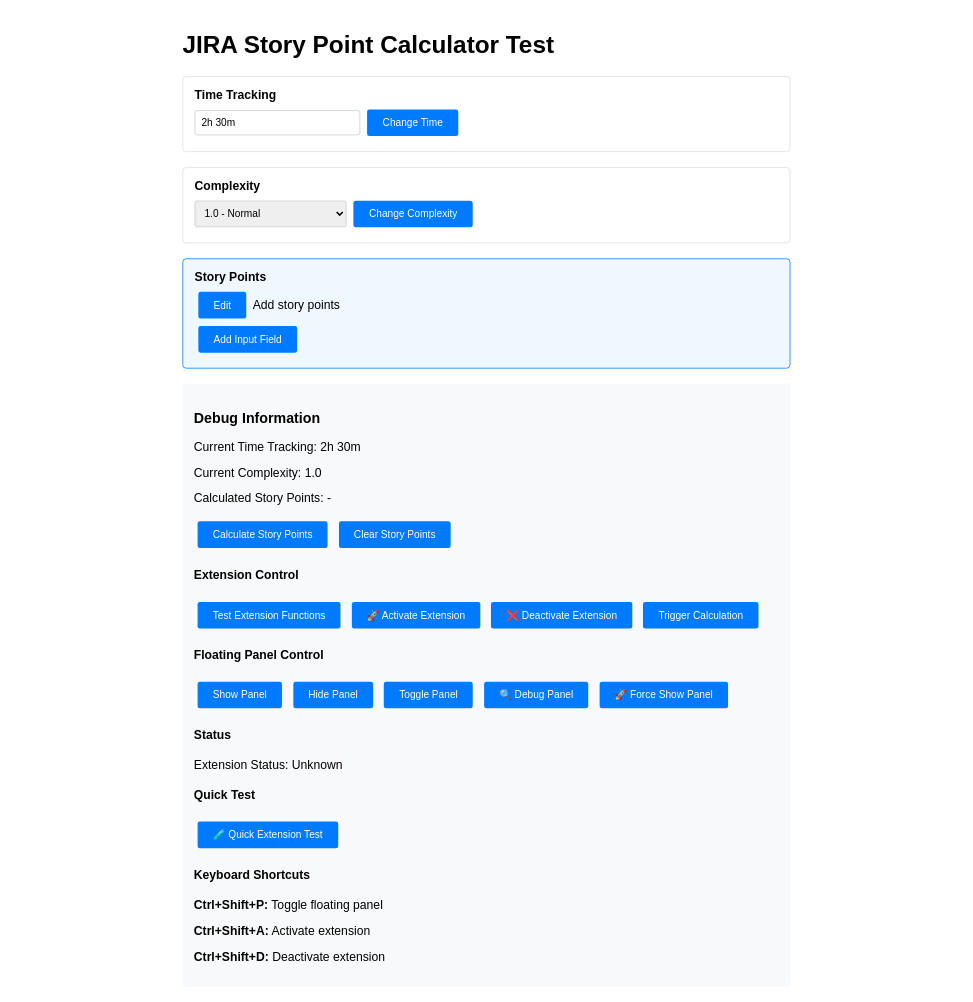
Repository: nirazanbasnet/jira-story-point-calculator
Page: test.html
These files come from the project's save history. The page is drawn as it stood at one moment and after the next save; the edit follows.
The browser window is 1280 px wide. The pictures show the whole page, at 76% of full size.

Above is the page before, as saved 2025-09-01 19:45:51.

### test.html
<!DOCTYPE html>
<html lang="en">

<head>
    <meta charset="UTF-8">
    <meta name="viewport" content="width=device-width, initial-scale=1.0">
    <title>JIRA Story Point Calculator Test</title>
    <style>
        body {
            font-family: Arial, sans-serif;
            max-width: 800px;
            margin: 0 auto;
            padding: 20px;
        }

        .field-group {
            margin: 20px 0;
            padding: 15px;
            border: 1px solid #ddd;
            border-radius: 5px;
        }

        .field-label {
            font-weight: bold;
            margin-bottom: 5px;
        }

        input,
        select {
            padding: 8px;
            border: 1px solid #ccc;
            border-radius: 3px;
            width: 200px;
        }

        .story-point-field {
            background-color: #f0f8ff;
            border-color: #007bff;
        }

        .debug-info {
            background-color: #f8f9fa;
            padding: 15px;
            border-radius: 5px;
            margin-top: 20px;
        }

        button {
            background-color: #007bff;
            color: white;
            padding: 10px 20px;
            border: none;
            border-radius: 3px;
            cursor: pointer;
            margin: 5px;
        }

        button:hover {
            background-color: #0056b3;
        }
    </style>
</head>

<body>
    <h1>JIRA Story Point Calculator Test</h1>

    <div class="field-group">
        <div class="field-label">Time Tracking</div>
        <input type="text" id="time-tracking" name="time-tracking" placeholder="e.g., 2h 30m" value="2h 30m">
        <button onclick="changeTimeTracking()">Change Time</button>
    </div>

    <div class="field-group">
        <div class="field-label">Complexity</div>
        <select id="complexity" name="complexity">
            <option value="0.1">0.1 - Very Simple</option>
            <option value="0.2">0.2 - Simple</option>
            <option value="0.3">0.3 - Basic</option>
            <option value="0.6">0.6 - Standard</option>
            <option value="1" selected>1.0 - Normal</option>
            <option value="1.5">1.5 - Complex</option>
            <option value="2">2.0 - Very Complex</option>
        </select>
        <button onclick="changeComplexity()">Change Complexity</button>
    </div>

    <div class="field-group story-point-field">
        <div class="field-label">Story Points</div>
        <div data-testid="issue-field-number.ui.issue-field-story-point-estimate--container">
            <div data-testid="issue-field-inline-edit-read-view-container.ui.container" role="presentation">
                <button aria-label="Edit Story Points" type="button">Edit</button>
                <span data-testid="issue-field-story-point-estimate-readview-full.ui.story-point-estimate">
                    <span>Add story points</span>
                </span>
            </div>
        </div>
        <button onclick="addInputField()">Add Input Field</button>
    </div>

    <div class="debug-info">
        <h3>Debug Information</h3>
        <p>Current Time Tracking: <span id="current-time">2h 30m</span></p>
        <p>Current Complexity: <span id="current-complexity">1.0</span></p>
        <p>Calculated Story Points: <span id="calculated-points">-</span></p>
        <button onclick="calculateStoryPoints()">Calculate Story Points</button>
        <button onclick="clearStoryPoints()">Clear Story Points</button>

        <h4>Extension Control</h4>
        <button onclick="testExtensionFunctions()">Test Extension Functions</button>
        <button onclick="activateExtension()">🚀 Activate Extension</button>
        <button onclick="deactivateExtension()">❌ Deactivate Extension</button>
        <button onclick="triggerCalculation()">Trigger Calculation</button>

        <h4>Floating Panel Control</h4>
        <button onclick="showPanel()">Show Panel</button>
        <button onclick="hidePanel()">Hide Panel</button>
        <button onclick="togglePanel()">Toggle Panel</button>
        <button onclick="debugPanel()">🔍 Debug Panel</button>
        <button onclick="forceShowPanel()">🚀 Force Show Panel</button>

        <h4>Status</h4>
        <p id="extension-status">Extension Status: Unknown</p>

        <h4>Quick Test</h4>
        <button onclick="quickTest()">🧪 Quick Extension Test</button>
        <div id="quick-test-results"
            style="margin-top: 10px; padding: 10px; background: #f8f9fa; border-radius: 5px; display: none;">
            <h5>Test Results:</h5>
            <div id="test-results-content"></div>
        </div>

        <h4>Keyboard Shortcuts</h4>
        <p><strong>Ctrl+Shift+P:</strong> Toggle floating panel</p>
        <p><strong>Ctrl+Shift+A:</strong> Activate extension</p>
        <p><strong>Ctrl+Shift+D:</strong> Deactivate extension</p>
    </div>

    <script>
        function changeTimeTracking() {
            const timeInput = document.getElementById('time-tracking');
            const times = ['1h', '45m', '2h 15m', '3h 30m', '1.5h'];
            const randomTime = times[Math.floor(Math.random() * times.length)];
            timeInput.value = randomTime;
            timeInput.dispatchEvent(new Event('input', { bubbles: true }));
            timeInput.dispatchEvent(new Event('change', { bubbles: true }));
            document.getElementById('current-time').textContent = randomTime;
        }

        function changeComplexity() {
            const complexitySelect = document.getElementById('complexity');
            const complexities = [0.1, 0.2, 0.3, 0.6, 1, 1.5, 2];
            const randomComplexity = complexities[Math.floor(Math.random() * complexities.length)];
            complexitySelect.value = randomComplexity;
            complexitySelect.dispatchEvent(new Event('change', { bubbles: true }));
            document.getElementById('current-complexity').textContent = randomComplexity;
        }

        function addInputField() {
            const container = document.querySelector('[data-testid="issue-field-number.ui.issue-field-story-point-estimate--container"]');
            const existingInput = container.querySelector('input');

            if (!existingInput) {
                const input = document.createElement('input');
                input.type = 'number';
                input.step = '0.1';
                input.placeholder = 'Story points';
                input.style.width = '100px';
                input.style.marginLeft = '10px';
                container.appendChild(input);
            }
        }

        function calculateStoryPoints() {
            const timeTracking = document.getElementById('time-tracking').value;
            const complexity = parseFloat(document.getElementById('complexity').value);

            // Simple time parsing for demo
            let hours = 0;
            if (timeTracking.includes('h')) {
                if (timeTracking.includes('m')) {
                    const parts = timeTracking.split(' ');
                    hours = parseFloat(parts[0]) + (parseFloat(parts[1]) / 60);
                } else {
                    hours = parseFloat(timeTracking);
                }
            } else if (timeTracking.includes('m')) {
                hours = parseFloat(timeTracking) / 60;
            } else {
                hours = parseFloat(timeTracking);
            }

            const storyPoints = Math.round((hours * complexity) * 100) / 100;
            document.getElementById('calculated-points').textContent = storyPoints;

            // Update the story point field if it exists
            const input = document.querySelector('[data-testid="issue-field-number.ui.issue-field-story-point-estimate--container"] input');
            if (input) {
                input.value = storyPoints;
                input.dispatchEvent(new Event('input', { bubbles: true }));
                input.dispatchEvent(new Event('change', { bubbles: true }));
            }
        }

        function clearStoryPoints() {
            document.getElementById('calculated-points').textContent = '-';
            const input = document.querySelector('[data-testid="issue-field-number.ui.issue-field-story-point-estimate--container"] input');
            if (input) {
                input.value = '';
                input.dispatchEvent(new Event('input', { bubbles: true }));
                input.dispatchEvent(new Event('change', { bubbles: true }));
            }
        }

        // Simulate JIRA field changes
        setInterval(() => {
            if (Math.random() > 0.7) {
                changeTimeTracking();
            }
        }, 5000);

        setInterval(() => {
            if (Math.random() > 0.8) {
                changeComplexity();
            }
        }, 7000);

        // Extension testing functions
        function testExtensionFunctions() {
            console.log('Testing extension functions...');

            if (window.jiraStoryPointCalculator) {
                console.log('✅ Extension loaded successfully');
                console.log('Extension object:', window.jiraStoryPointCalculator);
            } else {
                console.log('❌ Extension not loaded');
            }

            if (window.triggerStoryPointCalculation) {
                console.log('✅ triggerStoryPointCalculation function available');
            } else {
                console.log('❌ triggerStoryPointCalculation function not available');
            }

            if (window.toggleStoryPointPanel) {
                console.log('✅ toggleStoryPointPanel function available');
            } else {
                console.log('❌ toggleStoryPointPanel function not available');
            }
        }

        function activateExtension() {
            if (window.activateStoryPointCalculator) {
                const result = window.activateStoryPointCalculator();
                document.getElementById('extension-status').textContent = `Extension Status: Activated (Result: ${result})`;
                console.log('Activate extension result:', result);
            } else {
                console.log('❌ activateStoryPointCalculator function not available');
            }
        }

        function deactivateExtension() {
            if (window.deactivateStoryPointCalculator) {
                const result = window.deactivateStoryPointCalculator();
                document.getElementById('extension-status').textContent = `Extension Status: Deactivated (Result: ${result})`;
                console.log('Deactivate extension result:', result);
            } else {
                console.log('❌ deactivateStoryPointCalculator function not available');
            }
        }

        function triggerCalculation() {
            if (window.triggerStoryPointCalculation) {
                const result = window.triggerStoryPointCalculation();
                console.log('Trigger calculation result:', result);
            } else {
                console.log('❌ triggerStoryPointCalculation function not available');
            }
        }

        // Panel control functions
        function showPanel() {
            if (window.showStoryPointPanel) {
                const result = window.showStoryPointPanel();
                console.log('Show panel result:', result);
            } else {
                console.log('❌ showStoryPointPanel function not available');
            }
        }

        function hidePanel() {
            if (window.hideStoryPointPanel) {
                const result = window.hideStoryPointPanel();
                console.log('Hide panel result:', result);
            } else {
                console.log('❌ hideStoryPointPanel function not available');
            }
        }

        function togglePanel() {
            if (window.toggleStoryPointPanel) {
                const result = window.toggleStoryPointPanel();
                console.log('Toggle panel result:', result);
            } else {
                console.log('❌ toggleStoryPointPanel function not available');
            }
        }

        function debugPanel() {
            if (window.debugStoryPointPanel) {
                const result = window.debugStoryPointPanel();
                console.log('Debug panel result:', result);
            } else {
                console.log('❌ debugStoryPointPanel function not available');
            }
        }

        function forceShowPanel() {
            if (window.forceShowStoryPointPanel) {
                const result = window.forceShowStoryPointPanel();
                console.log('Force show panel result:', result);
            } else {
                console.log('❌ forceShowStoryPointPanel function not available');
            }
        }

        function quickTest() {
            const resultsDiv = document.getElementById('quick-test-results');
            const contentDiv = document.getElementById('test-results-content');
            resultsDiv.style.display = 'block';

            let results = '<ul>';

            // Test 1: Check if extension is loaded
            if (window.jiraStoryPointCalculator) {
                results += '<li>✅ Extension loaded</li>';
            } else {
                results += '<li>❌ Extension not loaded</li>';
            }

            // Test 2: Check if global functions are available
            if (window.activateStoryPointCalculator) {
                results += '<li>✅ activateStoryPointCalculator available</li>';
            } else {
                results += '<li>❌ activateStoryPointCalculator not available</li>';
            }

            // Test 3: Check if floating panel exists
            if (window.jiraStoryPointCalculator && window.jiraStoryPointCalculator.floatingPanel) {
                results += '<li>✅ Floating panel exists</li>';
            } else {
                results += '<li>❌ Floating panel does not exist</li>';
            }

            // Test 4: Check panel visibility
            if (window.jiraStoryPointCalculator && window.jiraStoryPointCalculator.floatingPanel) {
                const panel = window.jiraStoryPointCalculator.floatingPanel;
                const computedStyle = window.getComputedStyle(panel);
                results += `<li>Panel display: ${computedStyle.display}</li>`;
                results += `<li>Panel visibility: ${computedStyle.visibility}</li>`;
                results += `<li>Panel z-index: ${computedStyle.zIndex}</li>`;
            }

            results += '</ul>';
            contentDiv.innerHTML = results;
        }
    </script>
</body>

</html>

After the next save:
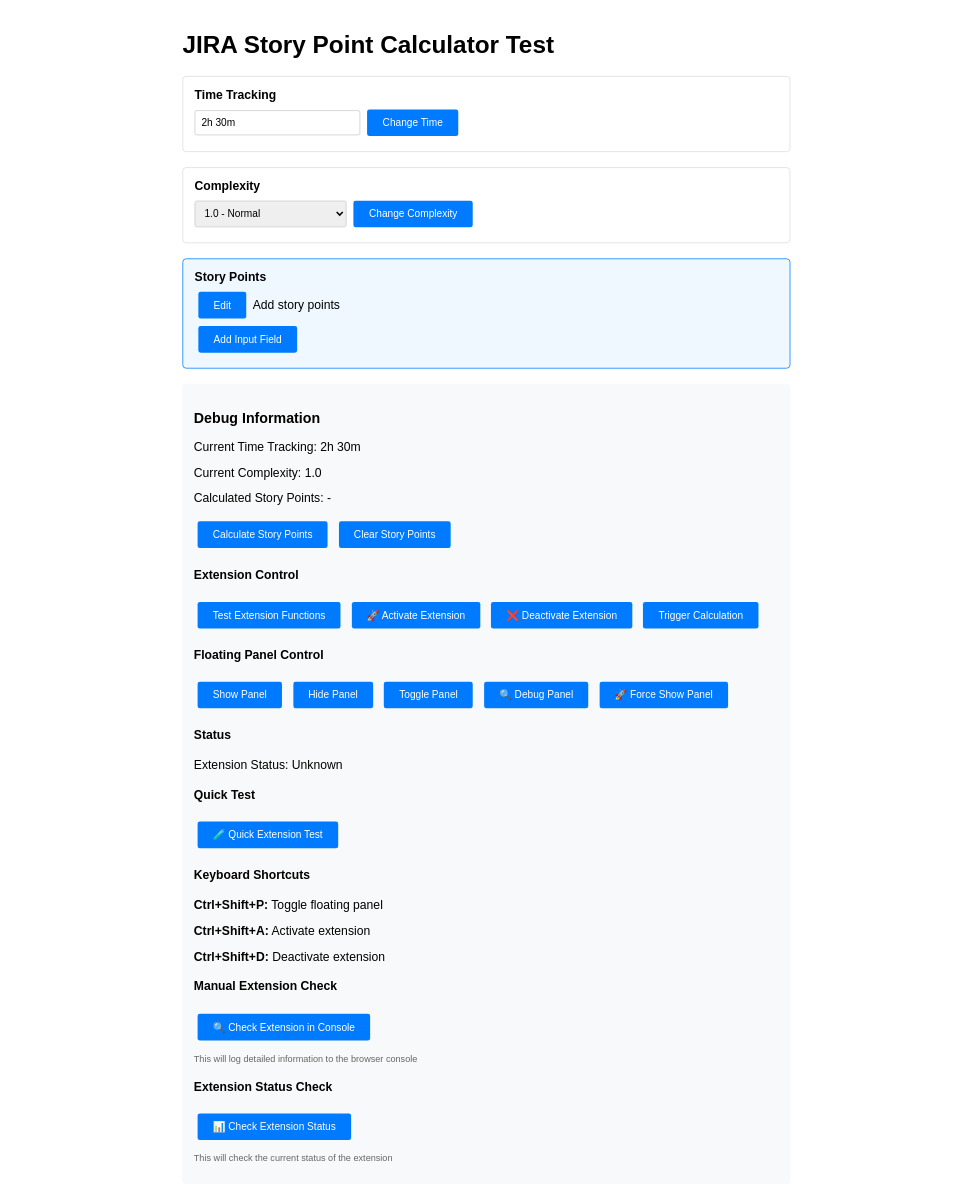
Saved 5 s later.
--- a/test.html
+++ b/test.html
@@ -133,6 +133,14 @@
         <p><strong>Ctrl+Shift+P:</strong> Toggle floating panel</p>
         <p><strong>Ctrl+Shift+A:</strong> Activate extension</p>
         <p><strong>Ctrl+Shift+D:</strong> Deactivate extension</p>
+
+        <h4>Manual Extension Check</h4>
+        <button onclick="checkExtensionInConsole()">🔍 Check Extension in Console</button>
+        <p style="font-size: 12px; color: #666;">This will log detailed information to the browser console</p>
+
+        <h4>Extension Status Check</h4>
+        <button onclick="checkExtensionStatus()">📊 Check Extension Status</button>
+        <p style="font-size: 12px; color: #666;">This will check the current status of the extension</p>
     </div>
 
     <script>
@@ -363,6 +371,36 @@
             results += '</ul>';
             contentDiv.innerHTML = results;
         }
+
+        function checkExtensionInConsole() {
+            console.log('=== JIRA Story Point Calculator Extension Details ===');
+            console.log('Global Variables:');
+            for (const key in window) {
+                if (key.startsWith('jiraStoryPointCalculator') || key.startsWith('activateStoryPointCalculator') || key.startsWith('deactivateStoryPointCalculator') || key.startsWith('triggerStoryPointCalculation') || key.startsWith('toggleStoryPointPanel') || key.startsWith('showStoryPointPanel') || key.startsWith('hideStoryPointPanel') || key.startsWith('toggleStoryPointPanel') || key.startsWith('debugStoryPointPanel') || key.startsWith('forceShowStoryPointPanel')) {
+                    console.log(`${key}:`, window[key]);
+                }
+            }
+            console.log('=====================================================');
+        }
+
+        function checkExtensionStatus() {
+            if (window.jiraStoryPointCalculator) {
+                console.log('Extension Status: Active');
+                console.log('Extension Object:', window.jiraStoryPointCalculator);
+                if (window.jiraStoryPointCalculator.floatingPanel) {
+                    console.log('Floating Panel Status: Visible');
+                    const panel = window.jiraStoryPointCalculator.floatingPanel;
+                    const computedStyle = window.getComputedStyle(panel);
+                    console.log('Panel Display:', computedStyle.display);
+                    console.log('Panel Visibility:', computedStyle.visibility);
+                    console.log('Panel Z-Index:', computedStyle.zIndex);
+                } else {
+                    console.log('Floating Panel Status: Hidden');
+                }
+            } else {
+                console.log('Extension Status: Inactive');
+            }
+        }
     </script>
 </body>
 

After the save that followed:
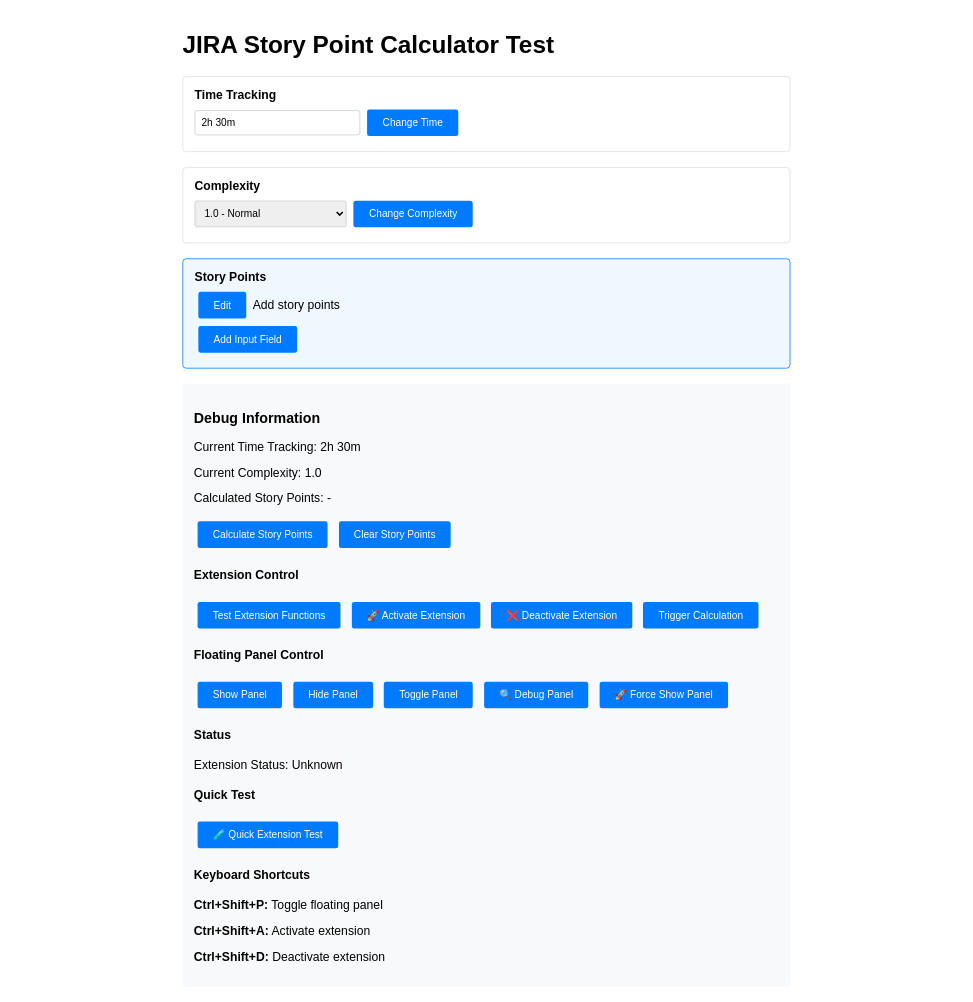
Saved 11 s later.
--- a/test.html
+++ b/test.html
@@ -133,14 +133,6 @@
         <p><strong>Ctrl+Shift+P:</strong> Toggle floating panel</p>
         <p><strong>Ctrl+Shift+A:</strong> Activate extension</p>
         <p><strong>Ctrl+Shift+D:</strong> Deactivate extension</p>
-
-        <h4>Manual Extension Check</h4>
-        <button onclick="checkExtensionInConsole()">🔍 Check Extension in Console</button>
-        <p style="font-size: 12px; color: #666;">This will log detailed information to the browser console</p>
-
-        <h4>Extension Status Check</h4>
-        <button onclick="checkExtensionStatus()">📊 Check Extension Status</button>
-        <p style="font-size: 12px; color: #666;">This will check the current status of the extension</p>
     </div>
 
     <script>
@@ -371,36 +363,6 @@
             results += '</ul>';
             contentDiv.innerHTML = results;
         }
-
-        function checkExtensionInConsole() {
-            console.log('=== JIRA Story Point Calculator Extension Details ===');
-            console.log('Global Variables:');
-            for (const key in window) {
-                if (key.startsWith('jiraStoryPointCalculator') || key.startsWith('activateStoryPointCalculator') || key.startsWith('deactivateStoryPointCalculator') || key.startsWith('triggerStoryPointCalculation') || key.startsWith('toggleStoryPointPanel') || key.startsWith('showStoryPointPanel') || key.startsWith('hideStoryPointPanel') || key.startsWith('toggleStoryPointPanel') || key.startsWith('debugStoryPointPanel') || key.startsWith('forceShowStoryPointPanel')) {
-                    console.log(`${key}:`, window[key]);
-                }
-            }
-            console.log('=====================================================');
-        }
-
-        function checkExtensionStatus() {
-            if (window.jiraStoryPointCalculator) {
-                console.log('Extension Status: Active');
-                console.log('Extension Object:', window.jiraStoryPointCalculator);
-                if (window.jiraStoryPointCalculator.floatingPanel) {
-                    console.log('Floating Panel Status: Visible');
-                    const panel = window.jiraStoryPointCalculator.floatingPanel;
-                    const computedStyle = window.getComputedStyle(panel);
-                    console.log('Panel Display:', computedStyle.display);
-                    console.log('Panel Visibility:', computedStyle.visibility);
-                    console.log('Panel Z-Index:', computedStyle.zIndex);
-                } else {
-                    console.log('Floating Panel Status: Hidden');
-                }
-            } else {
-                console.log('Extension Status: Inactive');
-            }
-        }
     </script>
 </body>
 
